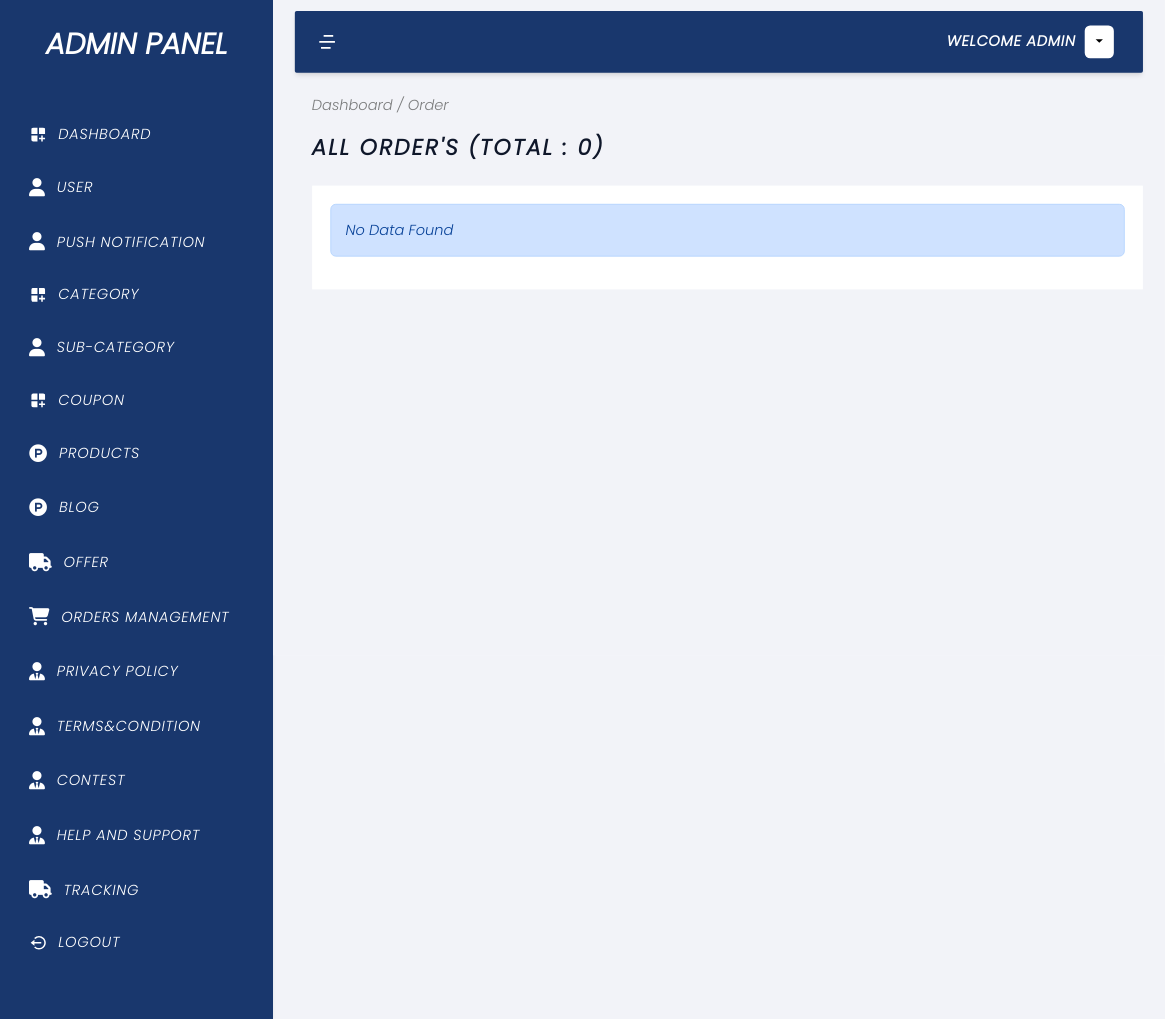
Repository: arpanmalik/project-khanna
Page: /Orders
The author's editor kept a copy of each file at every save. The page is drawn from the files as they stood at one save, then again after a run of saves.
The browser window is 1280 px wide. The pictures show the whole page, at 91% of full size.
Pictures or frames that could not be fetched are drawn as grey boxes. The page's requests for data from a server got no answer. Some web libraries are served in a nearby version. The project was rebuilt for these pictures with package versions that can differ from the ones it lists, and the page was loaded fresh each time. No one was signed in, and anything a server would have sent is missing. Also part of the build but not shown: src/E-CommerceAdmin/forms/Login.jsx, src/E-CommerceAdmin/pages/Dashboard.jsx, src/E-CommerceAdmin/pages/ECategory.js, src/E-CommerceAdmin/pages/EProduct.js, src/E-CommerceAdmin/pages/EVendorList.js, src/E-CommerceAdmin/pages/EAdminProduct.js, src/E-CommerceAdmin/pages/EAdminDelivery.js, src/E-CommerceAdmin/pages/EAdminCustomer.js and 11 more. Imported but missing from the stored project, and not drawn on this page: src/E-CommerceVendor/forms/EVendorLogin, src/E-CommerceVendor/pages/EVCategory, src/E-CommerceVendor/pages/EVCoupon, src/E-CommerceVendor/pages/EVDashboard, src/E-CommerceVendor/pages/EVOrders, src/E-CommerceVendor/pages/EVProduct, src/E-CommerceVendor/pages/EVSubCategory.

Above is the page before, as saved 2023-05-16 17:23:47.

### public/index.html
<!-- @format -->

<!DOCTYPE html>
<html lang="en">
  <head>
    <meta charset="utf-8" />
    <meta name="viewport" content="width=device-width, initial-scale=1" />
    <meta name="theme-color" content="#000000" />
    <meta
      name="description"
      content="Web site created using create-react-app"
    />
    <link rel="manifest" href="%PUBLIC_URL%/manifest.json" />
    <link rel="preconnect" href="https://fonts.googleapis.com">
<link rel="preconnect" href="https://fonts.gstatic.com" crossorigin>
<link href="https://fonts.googleapis.com/css2?family=Roboto+Mono:ital,wght@1,300&display=swap" rel="stylesheet">
    <title>Admin Panel</title>
  </head>
  <body>
    <noscript>You need to enable JavaScript to run this app.</noscript>
    <div id="root"></div>
    <script src="https://code.jquery.com/jquery-3.6.0.min.js"></script>
    <script src="https://kit.fontawesome.com/b533b351e4.js" crossorigin="anonymous"></script>
  </body>
</html>

### src/E-CommerceAdmin/pages/EAdminOrders.js
/** @format */

import axios from "axios";
import React, { useEffect, useState } from "react";
import { Alert, Badge, Button, Form, Modal, Table } from "react-bootstrap";
import HOC from "../layout/HOC";

const EAdminOrders = () => {
  const [modalShow, setModalShow] = useState(false);
  const [data, setData] = useState([]);

    // Pagination and Filter
    const [query, setQuery] = useState("");
    const [currentPage2, setCurrentPage2] = useState(1);
    const [postPerPage2] = useState(10);
    const lastPostIndex2 = currentPage2 * postPerPage2;
    const firstPostIndex2 = lastPostIndex2 - postPerPage2;

    let pages2 = [];

    const TotolData = query
      ? data?.filter(
          (i) =>
            i?.user?.toLowerCase().includes(query?.toLowerCase())
        )
      : data;

    useEffect(() => {
      if (query) {
        setCurrentPage2(1);
      }
    }, [query]);

    const slicedData = TotolData?.slice(firstPostIndex2, lastPostIndex2);

    for (let i = 1; i <= Math.ceil(TotolData?.length / postPerPage2); i++) {
      pages2.push(i);
    }

    function Next() {
      setCurrentPage2(currentPage2 + 1);
    }

    function Prev() {
      if (currentPage2 !== 1) {
        setCurrentPage2(currentPage2 - 1);
      }
    }

  const fetchData = async () => {
    try {
      const { data } = await axios.get(
        "http://ec2-65-1-248-95.ap-south-1.compute.amazonaws.com:8886/api/order"
      );
      setData(data.orders);
    } catch (e) {
      console.log("Order Err=>", e);
    }
  };

  useEffect(() => {
    fetchData();
  }, []);

  function EditStatus(props) {
    return (
      <Modal
        {...props}
        size="lg"
        aria-labelledby="contained-modal-title-vcenter"
        centered
      >
        <Modal.Header closeButton>
          <Modal.Title id="contained-modal-title-vcenter">
            Edit Status
          </Modal.Title>
        </Modal.Header>
        <Modal.Body>
          <Form>
            <Form.Select aria-label="Default select example" className="mb-3">
              <option>--Edit Status--</option>
              <option value="1">Shipped</option>
              <option value="2">Pending</option>
              <option value="3">Canceled</option>
            </Form.Select>
            <Button variant="outline-success">Submit</Button>
          </Form>
        </Modal.Body>
      </Modal>
    );
  }

  return (
    <>
      <EditStatus show={modalShow} onHide={() => setModalShow(false)} />
      <section>
        <p className="headP">Dashboard / Order</p>

        <div
          className="pb-4 sticky top-0  w-full flex justify-between items-center"
          style={{ width: "98%", marginLeft: "2%" }}
        >
          <span
            className="tracking-widest text-slate-900 font-semibold uppercase"
            style={{ fontSize: "1.5rem" }}
          >
            All Order's (Total : {data?.length})
          </span>
        </div>
        <section className="sectionCont">
        {
          data?.length === 0  || !data ? <Alert>No Data Found</Alert> :
          <>
          <div className="filterBox">
            <img
              src="https://t4.ftcdn.net/jpg/01/41/97/61/360_F_141976137_kQrdYIvfn3e0RT1EWbZOmQciOKLMgCwG.jpg"
              alt=""
            />
            <input type="search" placeholder="Start typing to search"    onChange={(e) => setQuery(e.target.value)} />
          </div>
          <div className="overFlowCont">
            <Table>
              <thead>
                <tr>
                  <th>Number</th>
                  <th>User</th>
                  <th>Total Price</th>
                  <th>Paid</th>
                  <th>Delivered</th>
                  <th>Payment Method</th>
                  <th>Tax Price</th>
                  <th>Shipping Price</th>
                  <th>Phone Number</th>
                  <th>Status</th>
                  <th>Product Name</th>
                  <th>Shipping Address</th>
                  <th>Action</th>
                </tr>
              </thead>
              <tbody>
                {slicedData?.map((i, index) => (
                  <tr key={index}>
                    <td> #{index + 1} </td>
                    <td> {i.user} </td>
                    <td> {i.totalPrice} </td>
                    <td> {i.isPaid === true ? <Badge bg='success' >Paid</Badge> : <Badge bg='danger' >UnPaid</Badge>} </td>
                    <td>
                      {" "}
                      {i.isDelivered === true
                        ? <Badge bg='success'>Delivered</Badge>
                        : <Badge bg='danger' >Not Deliverd Yet</Badge>  }{" "}
                    </td>
                    <td> {i.paymentMethod} </td>
                    <td> {i.taxPrice} </td>
                    <td> {i.shippingPrice} </td>
                    <td> {i.phone} </td>
                    <td> {i.status === 'Not Processed' ? <Badge bg='info' > Not Processed </Badge> : ""} </td>
                    <td>
                      {" "}
                      {i.products?.map((item, index) => (
                        <ul key={index} style={{ listStyle: "disc" }}>
                          <li> {item.product} </li>
                        </ul>
                      ))}{" "}
                    </td>
                    <td>
                      {i.shippingAddress?.address +
                        " " +
                        i.shippingAddress?.city +
                        " " +
                        i.shippingAddress?.postalCode +
                        " " +
                        i.shippingAddress?.country}
                    </td>
                    <td>
                      {" "}
                      <i
                        className="fa-solid fa-pen-to-square"
                        onClick={() => {
                          setModalShow(true);
                        }}
                      ></i>
                    </td>
                  </tr>
                ))}
              </tbody>
            </Table>
          </div>

              {/* Pagination */}
              <div className="pagination">
                <button onClick={() => Prev()} className="prevBtn">
                  <i className="fa-solid fa-backward"></i>
                </button>
                {currentPage2 === 1 ? (
                  ""
                ) : (
                  <button onClick={() => setCurrentPage2(1)}>1</button>
                )}

                {pages2
                  ?.slice(currentPage2 - 1, currentPage2 + 3)
                  .map((i, index) =>
                    i === pages2?.length ? (
                      ""
                    ) : (
                      <button
                        key={index}
                        onClick={() => setCurrentPage2(i)}
                        className={currentPage2 === i ? "activePage" : ""}
                      >
                        {" "}
                        {i}{" "}
                      </button>
                    )
                  )}

                <button
                  onClick={() => setCurrentPage2(pages2?.length)}
                  className={
                    currentPage2 === pages2?.length ? "activePage" : ""
                  }
                >
                  {" "}
                  {pages2?.length}{" "}
                </button>

                {currentPage2 === pages2?.length ? (
                  ""
                ) : (
                  <button onClick={() => Next()} className="nextBtn">
                    {" "}
                    <i className="fa-sharp fa-solid fa-forward"></i>
                  </button>
                )}
              </div>
          </>
        }

        </section>
      </section>
    </>
  );
};

export default HOC(EAdminOrders);

### src/E-CommerceAdmin/layout/HOC.jsx
/** @format */

import React, { useState } from "react";
import Navbar from "./Navbar";
import Sidebar from "./Sidebar";

const HOC = (Wcomponenet) => {
  return function Component() {
    const [hamb, setHamb] = useState(false);
    return (
      <>
        <section
          className="flex overflow-x-hidden relative "
          style={{ backgroundColor: "#f2f3f8" }}
        >
          {/* Sidebar */}
          <div
            className={
              hamb
                ? " absolute top-0 z-30 md:w-auto shadow-md bg-slate-200  w-60 transition-all md:-left-full left duration-150  h-auto overflow-y-auto  left-0 "
                : " md:w-72 z-30 bg-slate-200  shadow-md  md:static absolute top-0 -left-full   transition-all duration-150  overflow-y-auto h-auto"
            }
            style={{ minWidth: "300px" }}
          >
            <Sidebar hamb={hamb} setHamb={setHamb} />
          </div>
          {/* Components & Navbar */}
          <div
            className={
              hamb
                ? " transition-all px-4 py-2  duration-150 w-full h-screen"
                : " w-full h-screen  px-4 py-2   z-50 transition-all duration-150 "
            }
            style={{ backgroundColor: "#f2f3f8" }}
          >
            <Navbar hamb={hamb} setHamb={setHamb} />
            <div className="my-6 text-#000 h-[87%] wcomp overflow-y-auto">
              {" "}
              <Wcomponenet />
            </div>
          </div>
        </section>
      </>
    );
  };
};

export default HOC;

### src/E-CommerceAdmin/layout/Navbar.jsx
/** @format */
import { RiMenu4Line } from "react-icons/ri";
import Dropdown from "react-bootstrap/Dropdown";
import { UpdateProfile } from "../../Modals";
import { useState } from "react";
import { useNavigate } from "react-router-dom";
import { toast } from "react-toastify";

const Navbar = ({ hamb, setHamb }) => {
  const [modalShow, setModalShow] = useState(false);
  const navigate = useNavigate();

  function LogOut () {
    navigate('/')
    toast.success("Logged Out")
  }

  return (
    <>
      <UpdateProfile show={modalShow} onHide={() => setModalShow(false)} />
      <div
        className={
          hamb
            ? "flex  w-full justify-between  my-1 rounded-sm  p-4 py-3 shadow-md items-center  bg-slate-200 space-x-4"
            : "flex  w-full justify-between my-1 rounded-sm  p-4 py-3 shadow-md items-center  bg-slate-200 space-x-4"
        }
        style={{ backgroundColor: "#19376d" }}
      >
        <RiMenu4Line
          onClick={() => setHamb(!hamb)}
          className="text-2xl font-bold text-gray-900 hover:scale-90 cursor-pointer"
          style={{ color: "#fff" }}
        />

        <section className="flex sm:ml-auto justify-end sm:w-full items-center space-x-2  pr-2">
          <figcaption
            className="tracking-wider pl-1 font-semibold d-flex"
            style={{ gap: "10px", alignItems: "center" }}
          >
            <div
              className="lg:text-base text-sm text-gray-900  uppercase"
              style={{ color: "#fff" }}
            >
              Welcome Admin
            </div>
            <Dropdown>
              <Dropdown.Toggle id="dropdown-basic"></Dropdown.Toggle>

              <Dropdown.Menu>
                <Dropdown.Item onClick={() => setModalShow(true)}>
                  Update Profile <i className="fa-solid fa-user"></i>{" "}
                </Dropdown.Item>
                <Dropdown.Item onClick={() => LogOut()} >
                  Logout <i className="fa-solid fa-right-from-bracket"></i>{" "}
                </Dropdown.Item>
              </Dropdown.Menu>
            </Dropdown>
          </figcaption>
        </section>
      </div>
    </>
  );
};

export default Navbar;

### src/E-CommerceAdmin/layout/Sidebar.jsx
/** @format */

import React from "react";
import { RiCloseLine } from "react-icons/ri";
import { Link, useNavigate } from "react-router-dom";
import { BiLogOutCircle } from "react-icons/bi";
import { MdDashboardCustomize } from "react-icons/md";

const Sidebar = ({ hamb, setHamb }) => {
  const navigate = useNavigate();

  const nav = [
    {
      icon: <MdDashboardCustomize className="text-xl mr-3 rounded-full " />,
      link: "/dashboard ",
      name: "Dashboard",
    },
    {
      icon: <i className="fa-solid fa-user text-xl mr-3 rounded-full"></i>,
      link: "/Admin",
      name: "User",
    },
    {
      icon: <i className="fa-solid fa-user text-xl mr-3 rounded-full"></i>,
      link: "/pushNotification",
      name: "Push Notification",
    },  {
      icon: <MdDashboardCustomize className="text-xl mr-3 rounded-full " />,
      link: "/Category",
      name: "Category",
    },

    {
      icon: <i className="fa-solid fa-user text-xl mr-3 rounded-full"></i>,
      link: "/sub-category",
      name: "Sub-Category",
    },

    {
      icon: <MdDashboardCustomize className="text-xl mr-3 rounded-full " />,
      link: "/coupon",
      name: "Coupon",
    },
    {
      icon: (
        <i className="fa-brands fa-product-hunt text-xl mr-3 rounded-full"></i>
      ),
      link: "/Product",
      name: "Products",
    },
    {
      icon: (
        <i className="fa-brands fa-product-hunt text-xl mr-3 rounded-full"></i>
      ),
      link: "/banner",
      name: "Blog",
    },



    // {
    //   icon: <MdDashboardCustomize className="text-xl mr-3 rounded-full " />,
    //   link: "/getMeThis",
    //   name: "Get Me This",
    // },
    {
      icon: <i className="fa-solid fa-truck  text-xl mr-3 rounded-full"></i>,
      link: "/Support",
      name: "Offer",
    },

    {
      icon: (
        <i className="fa-solid fa-cart-shopping text-xl mr-3 rounded-full"></i>
      ),
      link: "/Orders",
      name: "Orders Management",
    },

    {
      icon: <i className="fa-solid fa-user-tie text-xl mr-3 rounded-full"></i>,
      link: "/privacy",
      name: "Privacy Policy",
    },
    {
      icon: <i className="fa-solid fa-user-tie text-xl mr-3 rounded-full"></i>,
      link: "/terms",
      name: "Terms&Condition",
    },
    {
      icon: <i className="fa-solid fa-user-tie text-xl mr-3 rounded-full"></i>,
      link: "/helpSupport",
      name: "Contest",
    },
    {
      icon: <i className="fa-solid fa-user-tie text-xl mr-3 rounded-full"></i>,
      link: "/complaints",
      name: "Help and Support",
    },
  ];

  const logOut = () => {
    localStorage.clear()
    navigate("/");
  };

  return (
    <>
      <aside
        className="p-4 h-auto"
        style={{ backgroundColor: "#19376d", minHeight: "100vh" }}
      >
        {/* Top */}
        <div className="w-full md:hidden relative  p-2 mb-4">
          <RiCloseLine
            onClick={() => setHamb(!hamb)}
            className="text-3xl  absolute top-2 sm:hover:rotate-[228deg] transition-transform font-bold right-2 sm:hover:text-[22px] text-[rgb(241,146,46)] cursor-pointer"
          />
        </div>{" "}
        <figure className="flex  flex-col items-center">
          <span
            className="font-bold text-[#fff]"
            style={{
              fontSize: "2rem",
              textAlign: "center",
              textTransform: "uppercase",
            }}
          >
            {" "}
            ADMIN PANEL
          </span>
        </figure>
        <nav className="py-6">
          {nav.map((nav) => {
            return (
              <Link
                to={nav.link}
                key={nav.name}
                className=""
                style={{ textDecoration: "none", textTransform: "uppercase" }}
              >
                <span
                  className="flex my-3 items-center cursor-pointer text-gray-900    tracking-wider p-2 rounded-sm"
                  style={{ color: "#FFF" }}
                >
                  {nav.icon} {nav.name}
                </span>
              </Link>
            );
          })}
          <span
            className="flex my-3 items-center cursor-pointer text-gray-900    tracking-wider p-2 rounded-sm"
            style={{ color: "#FFF", textTransform: "uppercase" }}
          >
           <i className="fa-solid fa-truck  text-xl mr-3 rounded-full"></i> Tracking
          </span>
          <span
            className="flex my-3 items-center cursor-pointer text-gray-900    tracking-wider p-2 rounded-sm"
            onClick={() => logOut()}
            style={{ color: "#FFF", textTransform: "uppercase" }}
          >
            <BiLogOutCircle className="text-xl mr-3 rounded-full " /> LogOut
          </span>

        </nav>
      </aside>
    </>
  );
};

export default Sidebar;

Loaded but not shown: tailwind.config.js (common file); src/App.js (91 lines, source omitted); src/Modals.js (41 lines, source omitted); src/index.js (15 lines, source omitted); src/index.css (501 lines, source omitted)

After the next 4 saves:
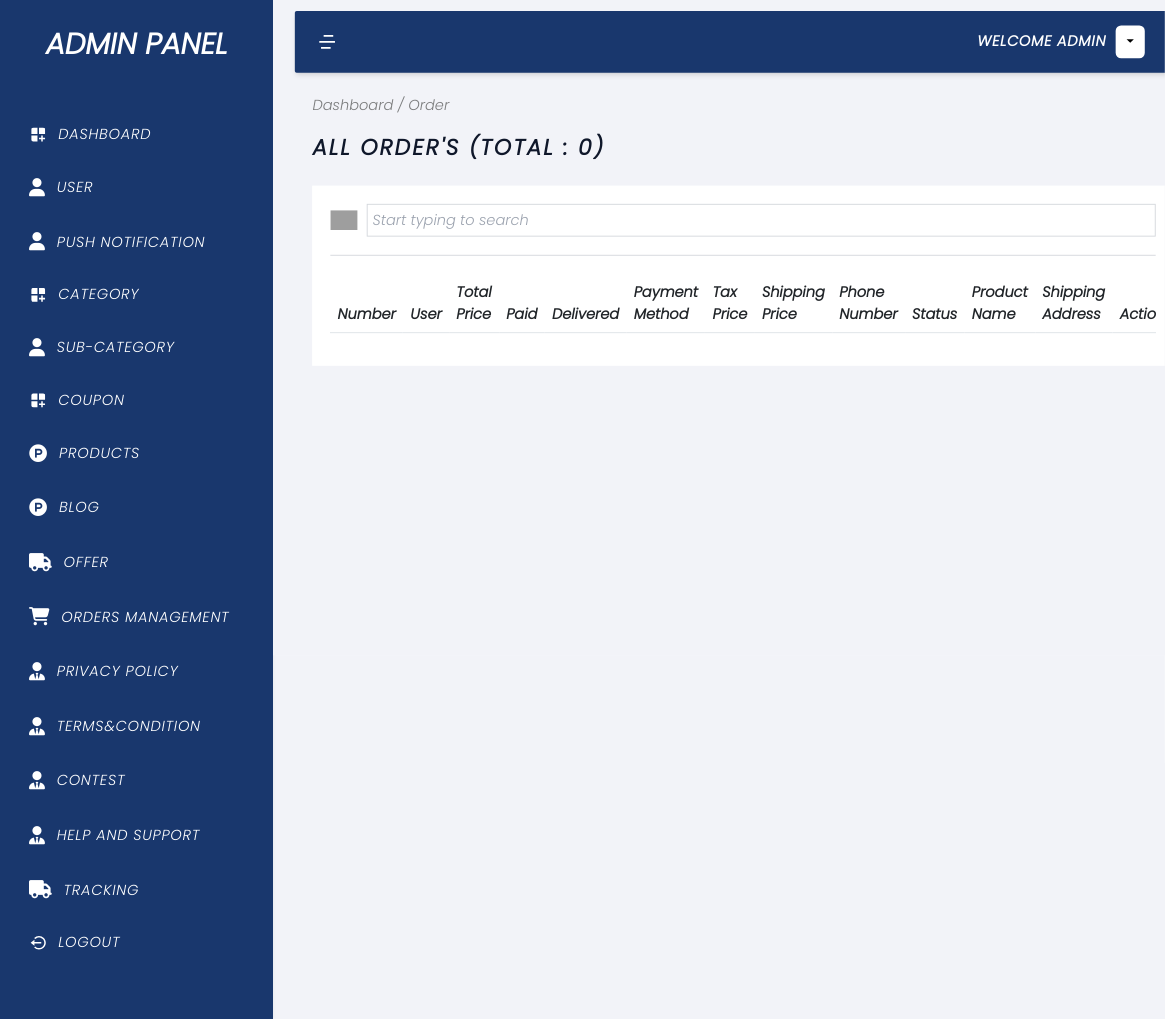
The 4 saves are shown as one change because 2 did not build or start and some came seconds apart.
The last was saved 22 s later.
--- a/src/E-CommerceAdmin/pages/EAdminOrders.js
+++ b/src/E-CommerceAdmin/pages/EAdminOrders.js
@@ -108,15 +108,13 @@ const EAdminOrders = () => {
           </span>
         </div>
         <section className="sectionCont">
-        {
-          data?.length === 0  || !data ? <Alert>No Data Found</Alert> :
-          <>
+
           <div className="filterBox">
             <img
               src="https://t4.ftcdn.net/jpg/01/41/97/61/360_F_141976137_kQrdYIvfn3e0RT1EWbZOmQciOKLMgCwG.jpg"
               alt=""
             />
-            <input type="search" placeholder="Start typing to search"    onChange={(e) => setQuery(e.target.value)} />
+            <input type="search" placeholder="Start typing to search"    />
           </div>
           <div className="overFlowCont">
             <Table>
@@ -138,104 +136,12 @@ const EAdminOrders = () => {
                 </tr>
               </thead>
               <tbody>
-                {slicedData?.map((i, index) => (
-                  <tr key={index}>
-                    <td> #{index + 1} </td>
-                    <td> {i.user} </td>
-                    <td> {i.totalPrice} </td>
-                    <td> {i.isPaid === true ? <Badge bg='success' >Paid</Badge> : <Badge bg='danger' >UnPaid</Badge>} </td>
-                    <td>
-                      {" "}
-                      {i.isDelivered === true
-                        ? <Badge bg='success'>Delivered</Badge>
-                        : <Badge bg='danger' >Not Deliverd Yet</Badge>  }{" "}
-                    </td>
-                    <td> {i.paymentMethod} </td>
-                    <td> {i.taxPrice} </td>
-                    <td> {i.shippingPrice} </td>
-                    <td> {i.phone} </td>
-                    <td> {i.status === 'Not Processed' ? <Badge bg='info' > Not Processed </Badge> : ""} </td>
-                    <td>
-                      {" "}
-                      {i.products?.map((item, index) => (
-                        <ul key={index} style={{ listStyle: "disc" }}>
-                          <li> {item.product} </li>
-                        </ul>
-                      ))}{" "}
-                    </td>
-                    <td>
-                      {i.shippingAddress?.address +
-                        " " +
-                        i.shippingAddress?.city +
-                        " " +
-                        i.shippingAddress?.postalCode +
-                        " " +
-                        i.shippingAddress?.country}
-                    </td>
-                    <td>
-                      {" "}
-                      <i
-                        className="fa-solid fa-pen-to-square"
-                        onClick={() => {
-                          setModalShow(true);
-                        }}
-                      ></i>
-                    </td>
-                  </tr>
-                ))}
+
               </tbody>
             </Table>
           </div>
 
-              {/* Pagination */}
-              <div className="pagination">
-                <button onClick={() => Prev()} className="prevBtn">
-                  <i className="fa-solid fa-backward"></i>
-                </button>
-                {currentPage2 === 1 ? (
-                  ""
-                ) : (
-                  <button onClick={() => setCurrentPage2(1)}>1</button>
-                )}
 
-                {pages2
-                  ?.slice(currentPage2 - 1, currentPage2 + 3)
-                  .map((i, index) =>
-                    i === pages2?.length ? (
-                      ""
-                    ) : (
-                      <button
-                        key={index}
-                        onClick={() => setCurrentPage2(i)}
-                        className={currentPage2 === i ? "activePage" : ""}
-                      >
-                        {" "}
-                        {i}{" "}
-                      </button>
-                    )
-                  )}
-
-                <button
-                  onClick={() => setCurrentPage2(pages2?.length)}
-                  className={
-                    currentPage2 === pages2?.length ? "activePage" : ""
-                  }
-                >
-                  {" "}
-                  {pages2?.length}{" "}
-                </button>
-
-                {currentPage2 === pages2?.length ? (
-                  ""
-                ) : (
-                  <button onClick={() => Next()} className="nextBtn">
-                    {" "}
-                    <i className="fa-sharp fa-solid fa-forward"></i>
-                  </button>
-                )}
-              </div>
-          </>
-        }
 
         </section>
       </section>
